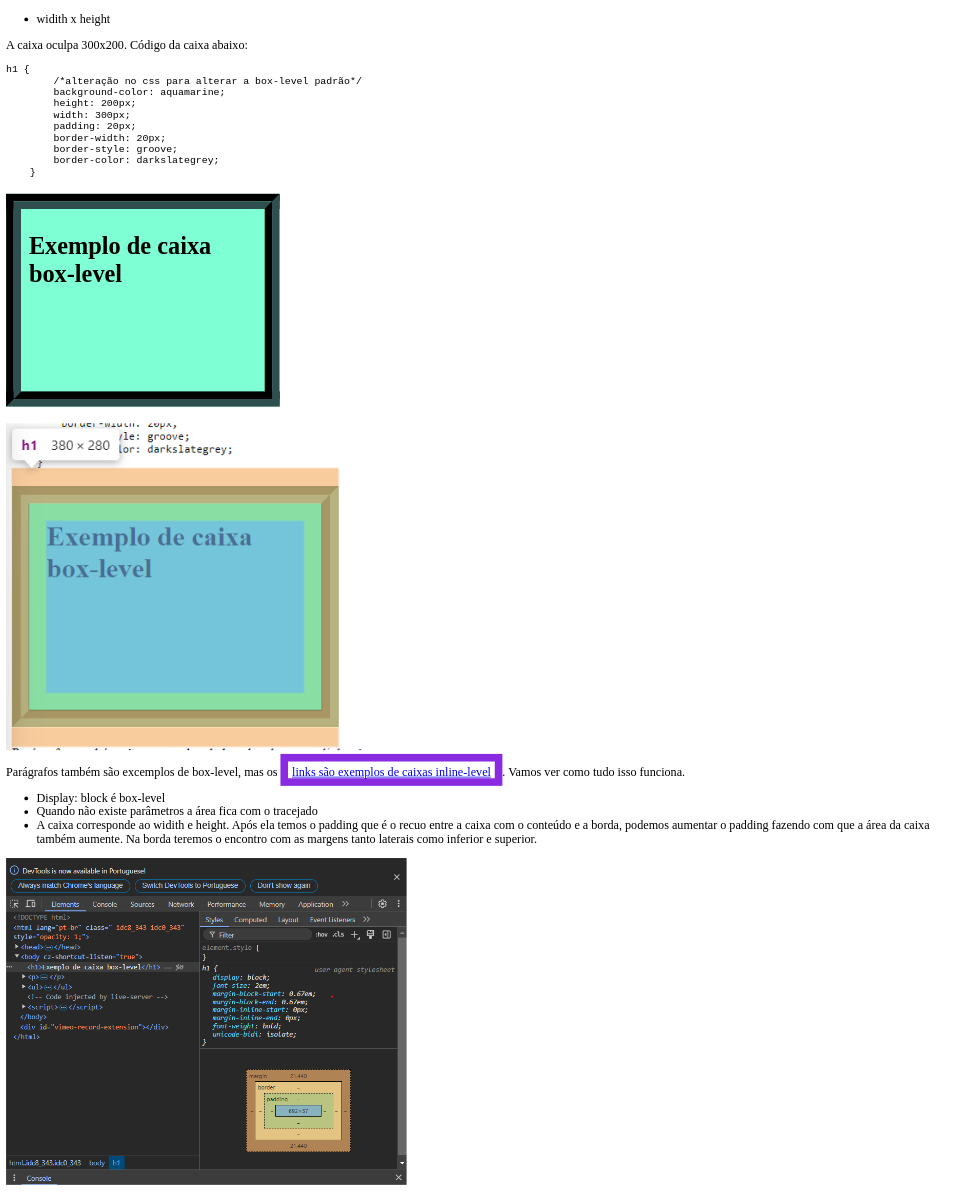
Repository: Willcmorais/vscode-workspace
Page: html-css/curso-em-video/modulo02/estudos/ex026-caixas/caixa01.html
An editor plug-in stored every save of this project. The page is shown before and after a run of saves, followed by the edit.
The browser window is 1280 px wide. The pictures show the whole page, at 76% of full size.

Above is the page before, as saved 2024-09-24 10:53:15.

### html-css/curso-em-video/modulo02/estudos/ex026-caixas/caixa01.html
<!DOCTYPE html>
<html lang="pt-br">

<head>
    <meta charset="UTF-8">
    <meta name="viewport" content="width=device-width, initial-scale=1.0">
    <link rel="stylesheet" href="style.css">
    <title>Modelo de Caixas</title>
</head>

<body>
    <ul>
        <li>widith x height</li>
    </ul>
    <p>A caixa oculpa 300x200. Código da caixa abaixo:</p>
    <pre><code>h1 {
        /*alteração no css para alterar a box-level padrão*/
        background-color: aquamarine;
        height: 200px;
        width: 300px;
        padding: 20px;
        border-width: 20px;
        border-style: groove;
        border-color: darkslategrey;
    }</code></pre>
    <h1>Exemplo de caixa box-level</h1>
    <img src="imgs/img2.png" alt="detalhes">
    <p>
        Parágrafos também são excemplos de box-level, mas os <a href="#">links são exemplos de caixas inline-level</a>.
        Vamos ver como tudo isso funciona.</p>
    <ul>
        <li>Display: block é box-level</li>
        <li>Quando não existe parâmetros a área fica com o tracejado</li>
        <li>A caixa corresponde ao widith e height. Após ela temos o padding que é o recuo entre a caixa com o conteúdo
            e a borda, podemos aumentar o padding fazendo com que a área da caixa também aumente. Na borda teremos o
            encontro com as margens tanto laterais como inferior e superior.</li>
    </ul>

    <img src="imgs/img1.png" alt="devltools caixas">
</body>

</html>

### html-css/curso-em-video/modulo02/estudos/ex026-caixas/style.css
@charset "utf8";

h1 {
    /*alteração no css para alterar a box-level padrão*/
    background-color: aquamarine;
    height: 200px;
    width: 300px;
    /*padding deve ser colocado para todos os lados seguindo o sentido de top right bottom left*/
    padding-top: 30px;
    padding-right: 10px;
    padding-bottom: 10px;
    padding-left: 10px;
    /*padding: 20px;*/
    border-width: 20px;
    border-style: groove;
    border-color: darkslategrey;
}

/*parâmetro em css para a ancora*/
a {
    border-width: 10px;
    border-style: solid;
    border-color: blueviolet;
    padding-top: 5px;
    padding-right: 5px;
    padding-bottom: 5pxx;
    padding-left: 5px;
}

img {
    height: 430px;
}

After the next 4 saves:
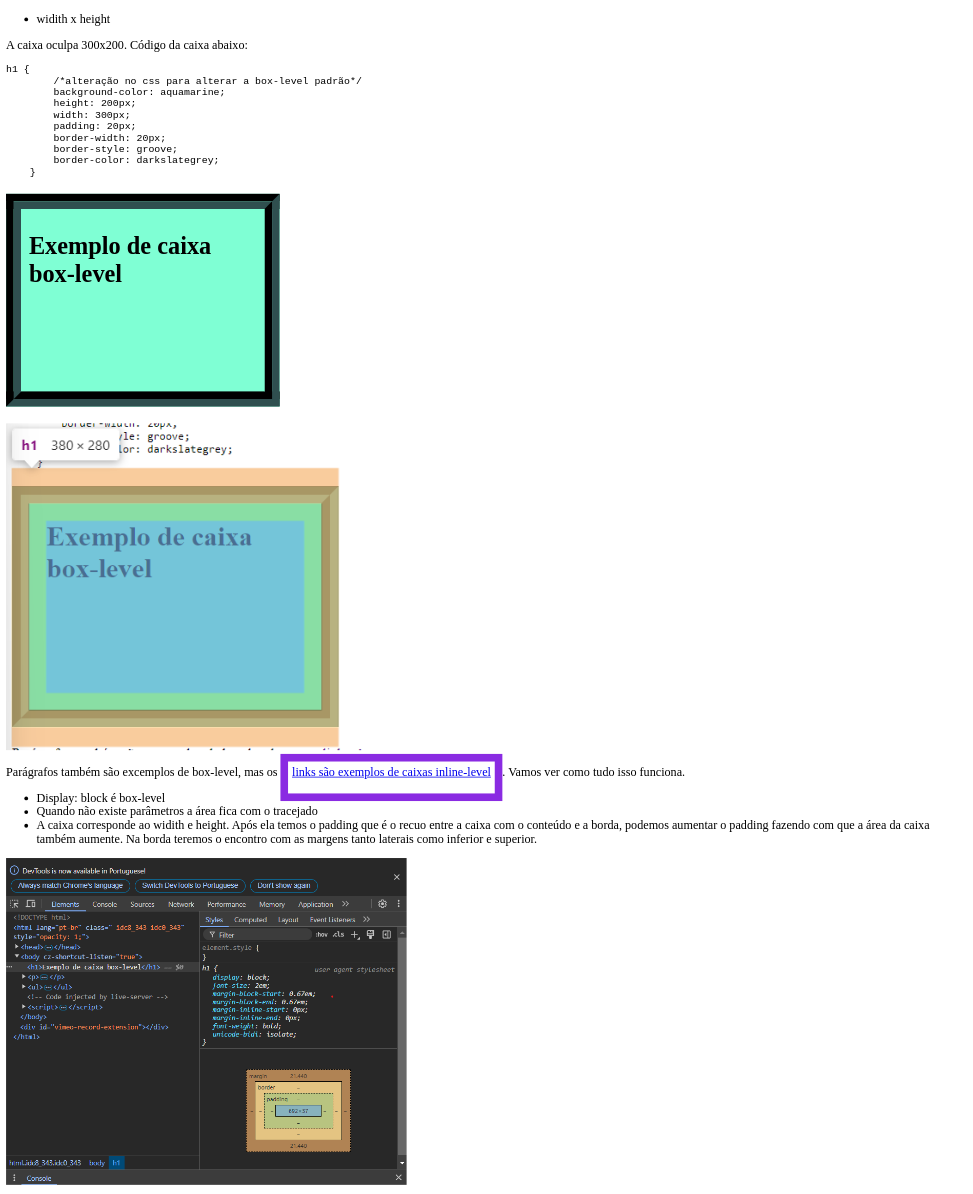
The 4 saves are shown as one change because they came seconds apart.
The last was saved 11 s later.
--- a/html-css/curso-em-video/modulo02/estudos/ex026-caixas/style.css
+++ b/html-css/curso-em-video/modulo02/estudos/ex026-caixas/style.css
@@ -23,7 +23,7 @@ a {
     border-color: blueviolet;
     padding-top: 5px;
     padding-right: 5px;
-    padding-bottom: 5pxx;
+    padding-bottom: 20px;
     padding-left: 5px;
 }
 
